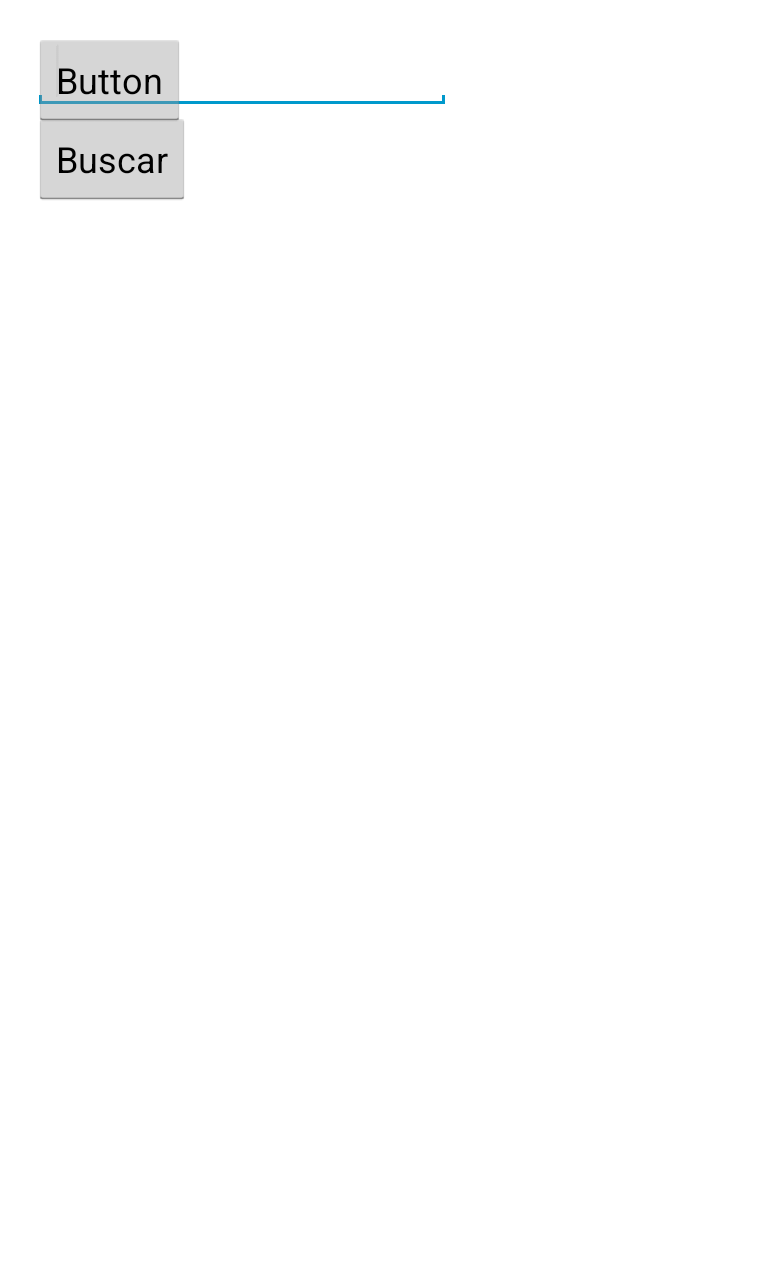
Repository: Kenwal/DemosS1
Layout: Demo2/res/layout/activity_main.xml
The author's editor kept a copy of each file at every save. The layout is drawn from the files as they stood at one save, then again after the next save.
It is drawn on a 768 x 1280 px phone screen (xhdpi) without system bars, with theme AppTheme; the app's code is not run.

Above is the layout before, as saved 2014-01-22 21:48:12.

### Demo2/res/layout/activity_main.xml
<RelativeLayout xmlns:android="http://schemas.android.com/apk/res/android"
    xmlns:tools="http://schemas.android.com/tools"
    android:layout_width="match_parent"
    android:layout_height="match_parent"
    android:paddingBottom="@dimen/activity_vertical_margin"
    android:paddingLeft="@dimen/activity_horizontal_margin"
    android:paddingRight="@dimen/activity_horizontal_margin"
    android:paddingTop="@dimen/activity_vertical_margin"
    tools:context=".MainActivity" >

    <EditText
        android:id="@+id/editTextSearchQuery"
        android:layout_width="wrap_content"
        android:layout_height="wrap_content"
        android:layout_alignParentLeft="true"
        android:layout_alignParentTop="true"
        android:inputType="text"
        android:ems="10" >

        <requestFocus />
    </EditText>

    <Button
        android:id="@+id/btnSearch"
        android:layout_width="wrap_content"
        android:layout_height="wrap_content"
        android:layout_alignLeft="@+id/editTextSearchQuery"
        android:layout_below="@+id/editTextSearchQuery"
        android:text="@string/btn_search" />

    <Button
        android:id="@+id/button2"
        android:layout_width="wrap_content"
        android:layout_height="wrap_content"
        android:layout_alignBaseline="@+id/button1"
        android:layout_alignBottom="@+id/button1"
        android:layout_alignRight="@+id/editText1"
        android:layout_marginRight="14dp"
        android:text="Button" />

</RelativeLayout>

### Demo2/res/values/strings.xml
<?xml version="1.0" encoding="utf-8"?>
<resources>

    <string name="app_name">Demo 2</string>
    <string name="action_settings">Settings</string>
    <string name="hello_world">Hola Android!</string>
    <string name="btn_search">Buscar</string>
    <string name="btn_open_activity">Abrir otra actividad</string>
    <string name="title_activity_show_search_query">ShowSearchQueryActivity</string>

</resources>

Loaded but not shown: Demo2/res/values/styles.xml (common file); Demo2/res/values-v11/styles.xml (common file); Demo2/res/values-v14/styles.xml (common file); Demo2/res/values/dimens.xml (common file)

After the next save:
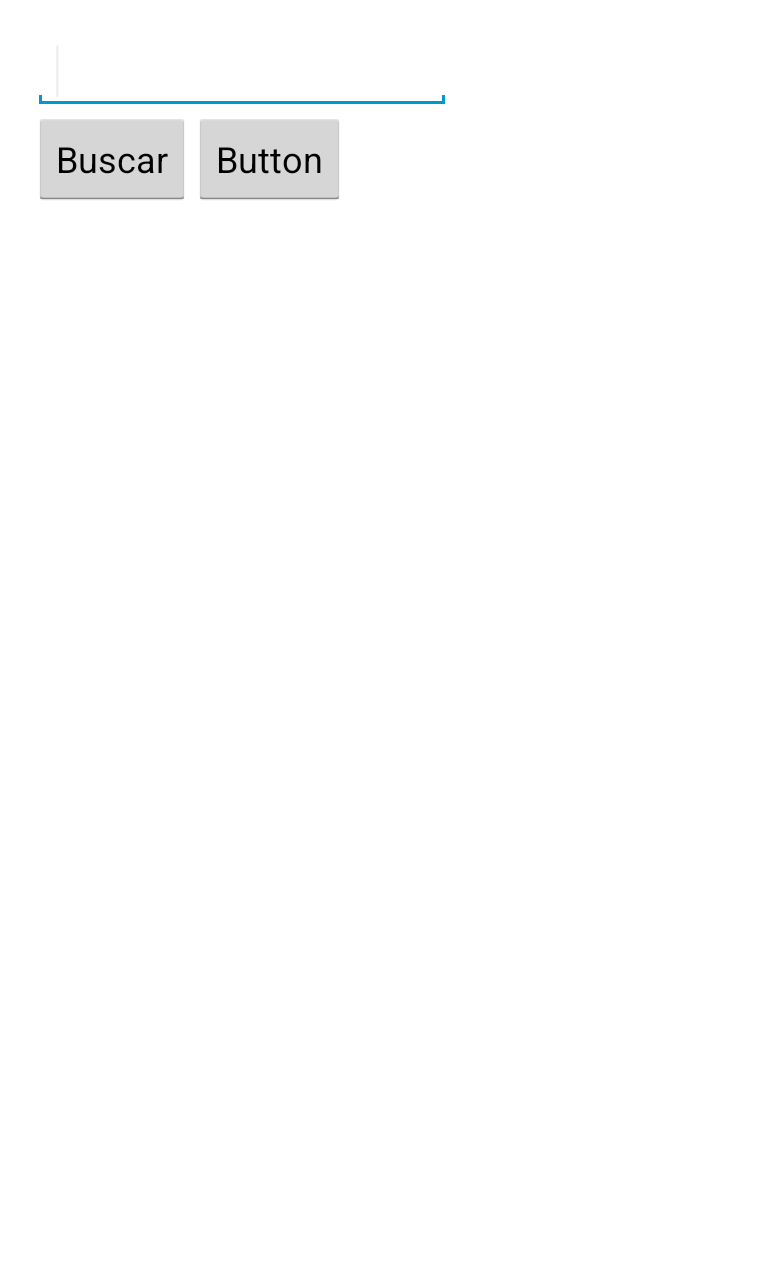
Saved 113 s later.
--- a/Demo2/res/layout/activity_main.xml
+++ b/Demo2/res/layout/activity_main.xml
@@ -29,12 +29,12 @@
         android:text="@string/btn_search" />
 
     <Button
-        android:id="@+id/button2"
+        android:id="@+id/btnOpenActivity"
         android:layout_width="wrap_content"
         android:layout_height="wrap_content"
-        android:layout_alignBaseline="@+id/button1"
-        android:layout_alignBottom="@+id/button1"
-        android:layout_alignRight="@+id/editText1"
+        android:layout_alignBaseline="@+id/btnSearch"
+        android:layout_alignBottom="@+id/btnSearch"
+        android:layout_toRightOf="@+id/btnSearch"
         android:layout_marginRight="14dp"
         android:text="Button" />
 
